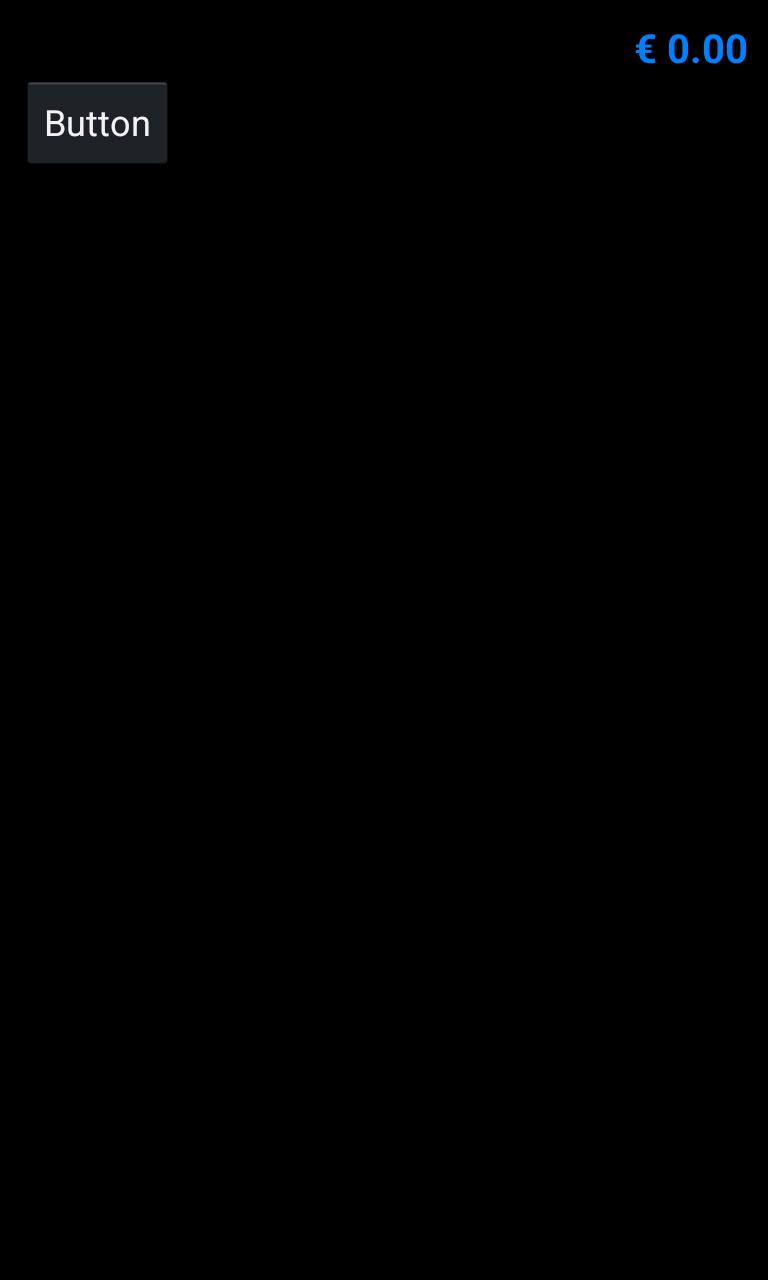
Repository: Adammdit/DT2283GUI
Layout: GunSmoke/res/layout/activity_main.xml
These files come from the project's save history. The layout is drawn as it stood at one moment and after the next save; the edit follows.
It is drawn on a 768 x 1280 px phone screen (xhdpi) without system bars, with theme android:Theme.Holo; the app's code is not run. Lists and similar views that code fills are empty.

Above is the layout before, as saved 2014-11-08 11:09:43.

After the next save:
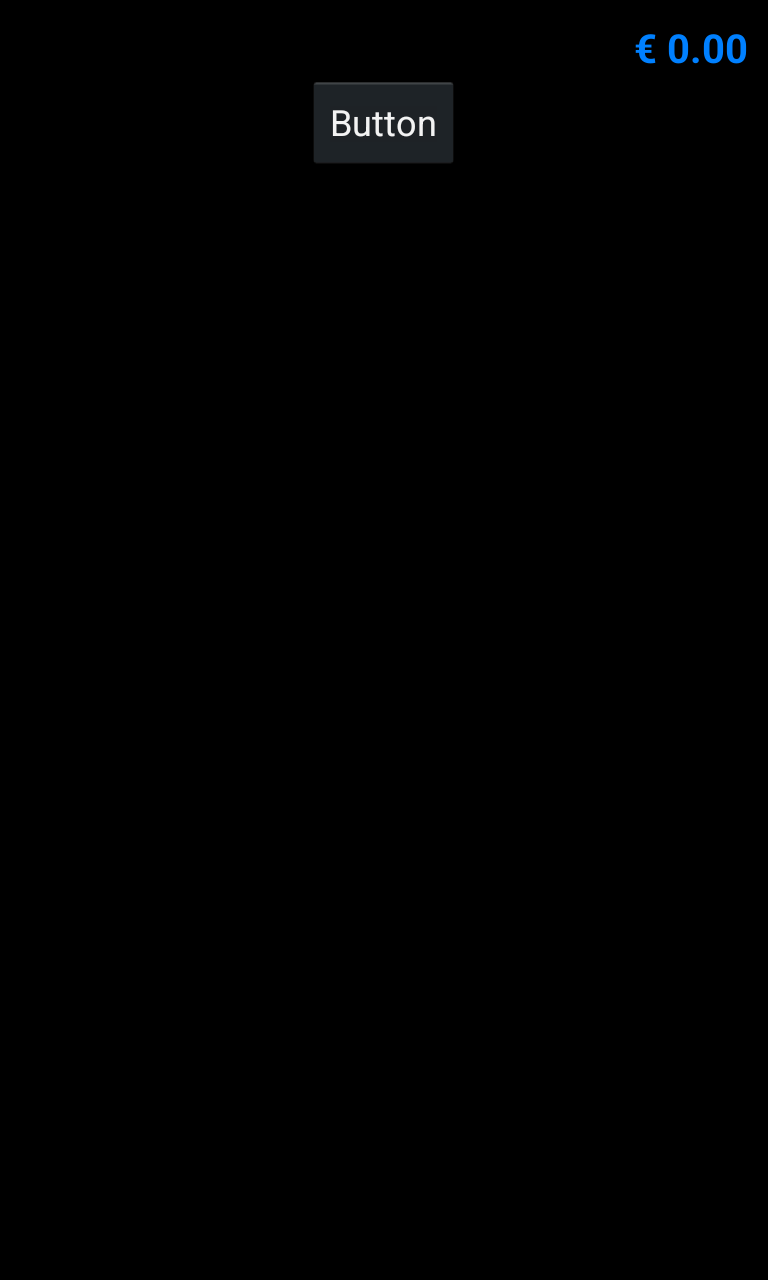
Saved 2 min 11 s later.
--- a/GunSmoke/res/layout/activity_main.xml
+++ b/GunSmoke/res/layout/activity_main.xml
@@ -30,7 +30,7 @@
         android:id="@+id/button1"
         android:layout_width="wrap_content"
         android:layout_height="wrap_content"
-        android:layout_gravity="bottom"
+        android:layout_gravity="center_horizontal|center|bottom"
         android:text="Button" />
 
 </LinearLayout>
